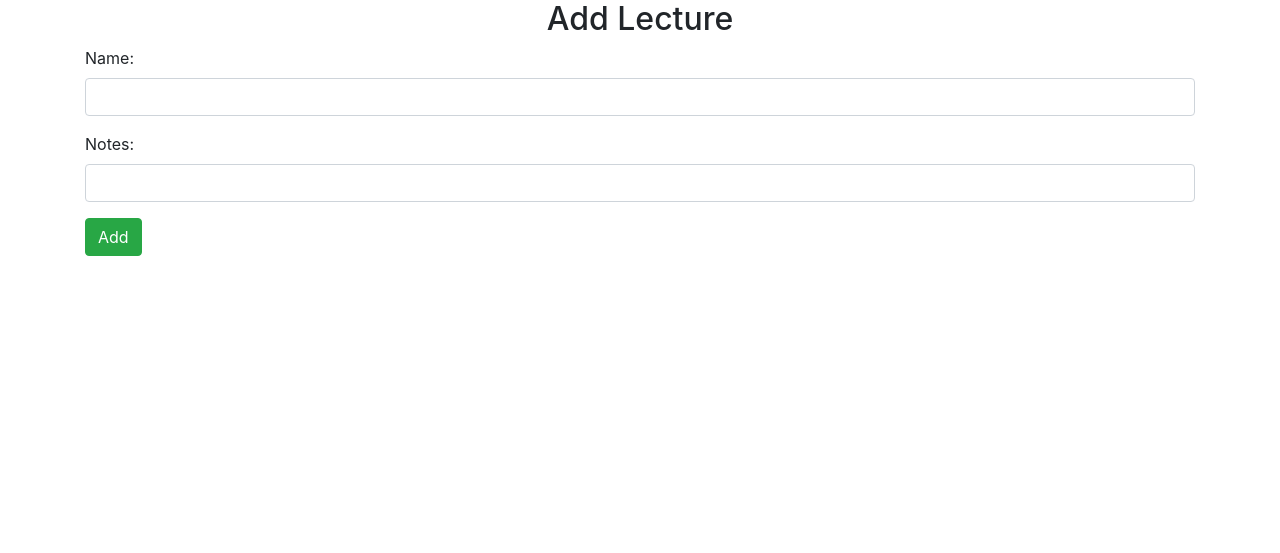
Repository: USTriett/Java-Servlet-JDBC-JSP-
Page: http://localhost/StudentManageServlet/WebContent/AddStudentIntoCourse.jsp
These files come from the project's save history. The page is drawn as it stood at one moment and after the next save; the edit follows.
The browser window is 1280 px wide. The pictures show the whole page.
The page is served by Tomcat 9.

Above is the page before, as saved 2023-04-19 19:40:05.
Console error: TypeError: Cannot set properties of null (setting 'value')

After the next save:
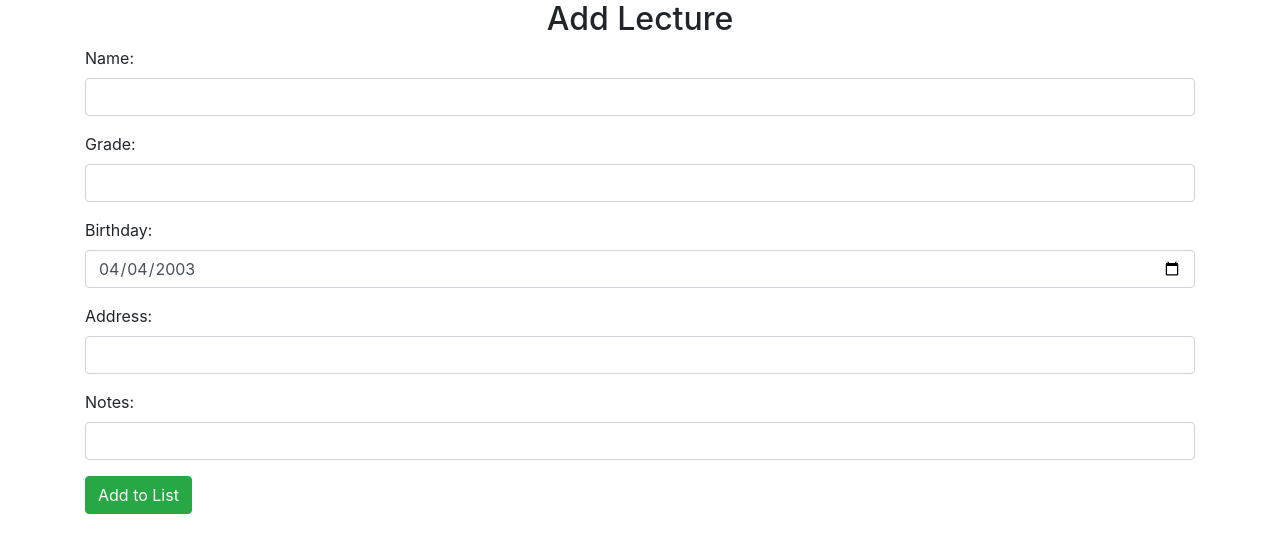
Saved 2 min 11 s later.
--- a/StudentManageServlet/src/main/webapp/WebContent/AddStudentIntoCourse.jsp
+++ b/StudentManageServlet/src/main/webapp/WebContent/AddStudentIntoCourse.jsp
@@ -30,15 +30,29 @@
                  <form method="post" accept-charset="utf-8">
                             <input type="text" class="form-control" value="${id}" name="id" style="display: none;"/>
                             <input type="text" class="form-control" value="${id}" name="year" style="display: none;"/>
+
 				<div class="form-group">
 				  <label for="usr">Name:</label>
                                   <input type="text" class="form-control" value=""  required id="usr" name="name"/>
 				</div>
 				<div class="form-group">
+				  <label for="grade">Grade:</label>
+                                  <input type="number" class="form-control" value=""  required id="age" name="grade"/>
+				</div>
+					<div class="form-group">
+				  <label for="birthday">Birthday:</label>
+                                  <input type="Date" class="form-control" id="stdBirth" value="2003-04-04"
+       			max="2018-12-31" name="birthday"  required />
+				</div>
+				<div class="form-group">
+				  <label for="address">Address:</label>
+                                  <input type="text" class="form-control" id="address" value="" name="address"  required/>
+				</div>
+				<div class="form-group">
 				  <label for="notes">Notes:</label>
                                   <input type="text" class="form-control" id="notes" value="" name="notes"/>
 				</div>
-				<button class="btn btn-success">Add</button>
+				<button class="btn btn-success">Add to List</button>
                             </form>
 			</div>
 		</div>
